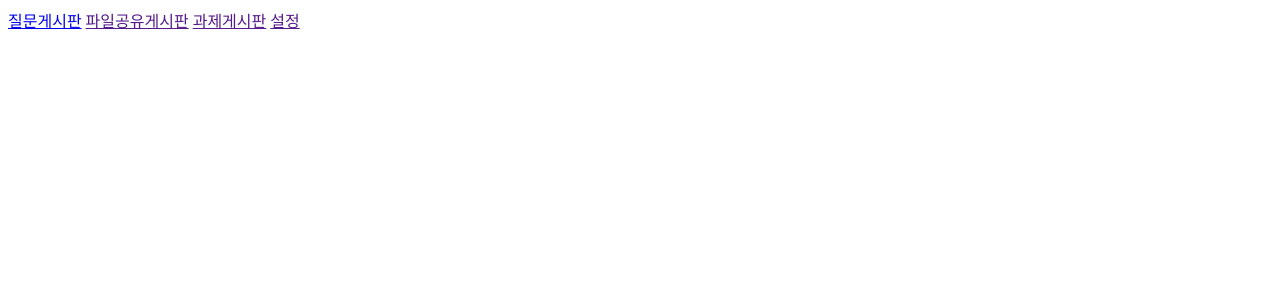
Repository: kalmia26/Capstone
Page: http://localhost/LectureSystem/Meun.jsp
An editor plug-in stored every save of this project. The page is shown before and after the next save, followed by the edit.
The browser window is 1280 px wide. The pictures show the whole page.
The page is served by Tomcat 9.

Above is the page before, as saved 2017-04-12 03:26:33.

After the next save:
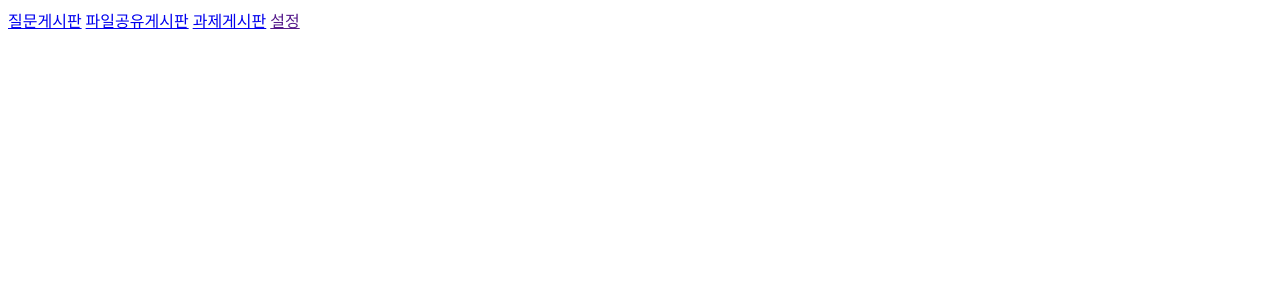
Saved 27 s later.
--- a/LectureSystem/WebContent/Meun.jsp
+++ b/LectureSystem/WebContent/Meun.jsp
@@ -9,8 +9,8 @@
 <body>
 	<div id="">
 			<a href="List1.jsp" id='a' target="left"><span>질문게시판</span></a>
-			<a href="" id='b'><span>파일공유게시판</span></a>
-			<a href="" id='c'><span>과제게시판</span></a>
+			<a href="List2.jsp" id='b' target="left"><span>파일공유게시판</span></a>
+			<a href="List3.jsp" id='c' target="left"><span>과제게시판</span></a>
 			<a href="" id='d'><span>설정</span></a>
 	</div>
 </body>
